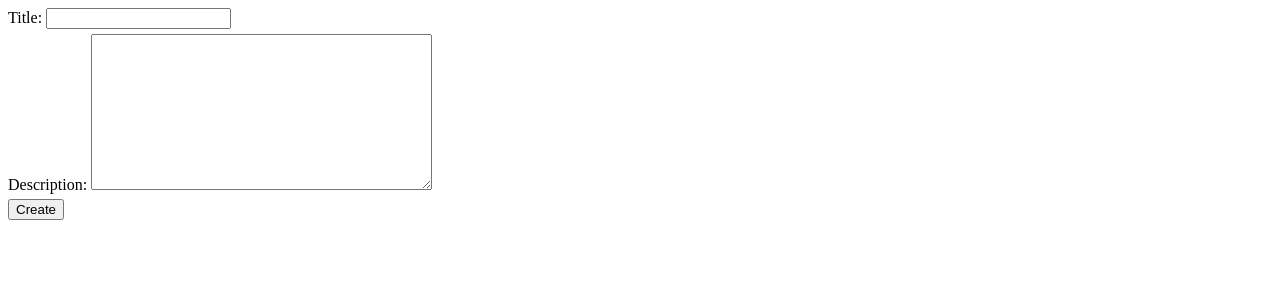
Repository: JasonMorta/Django-todo-crud-app
Page: http://localhost/create/
These files come from the project's save history. The page is drawn as it stood at one moment and after the next save; the edit follows.
The browser window is 1280 px wide. The pictures show the whole page.
The page is served by the project's application, run on Django 4.2 (manage.py). Other server files are loaded and not shown.

Above is the page before, as saved 2023-06-20 20:38:59.

### todo_list/todo_app/templates/todo_app/todo_create.html
<!DOCTYPE html>
<html lang="en">
<head>
  <meta charset="UTF-8">
  <meta http-equiv="X-UA-Compatible" content="IE=edge">
  <meta name="viewport" content="width=device-width, initial-scale=1.0">
  <title>Document</title>
</head>
<style>
  form {
    display: flex;
    flex-direction: column;
    align-items: flex-start;
    gap: 5px;
  }
</style>
<body>
  <form method="post">
    {% csrf_token %}

    {#  form.as_p will render a form with each field wrapped in a <p> tag. #}
    {#  form.as_div will render a form with each field wrapped in a <div> tag.  #}

    {{ form.as_div }}
    <button type="submit">Create</button>
  </form>

</body>
</html>

### todo_list/todo_app/forms.py
from django import forms
from .models import Todo

class TodoForm(forms.ModelForm):
    class Meta:
        model = Todo
        fields = ['title', 'description']

### todo_list/todo_app/models.py
from django.db import models

# Create your models here.
from django.db import models


class Todo(models.Model):
    title = models.CharField(max_length=200)
    description = models.TextField()
    created_at = models.DateTimeField(auto_now_add=True)

    def __str__(self):
        return self.title

### todo_list/todo_app/views.py
from django.shortcuts import render, redirect
from .models import Todo
from .forms import TodoForm


def todo_list(request):
    print('todo_list')
    todos = Todo.objects.all()
    return render(request, 'todo_app/todo_list.html', {'todos': todos})


def todo_create(request):
    print('todo_create')
    if request.method == 'POST':
        form = TodoForm(request.POST)
        if form.is_valid():
            form.save()
            print('redirect(todo_list)')
            return redirect('todo_list')
    else:
        form = TodoForm()
        print('render(request,"todo_app/todo_create.html"')
    return render(request, 'todo_app/todo_create.html', {'form': form})


def todo_update(request, pk):
    print('todo_update')
    todo = Todo.objects.get(pk=pk)
    if request.method == 'POST':
        form = TodoForm(request.POST, instance=todo)
        if form.is_valid():
            form.save()
            return redirect('todo_list')
    else:
        form = TodoForm(instance=todo)
    return render(request, 'todo_app/todo_update.html', {'form': form})


def todo_delete(request, pk):
    todo = Todo.objects.get(pk=pk)
    if request.method == 'POST':
        todo.delete()
        return redirect('todo_list')
    return render(request, 'todo_app/todo_delete.html', {'todo': todo})

### todo_list/todo_list/urls.py
"""
URL configuration for todo_list project.

The `urlpatterns` list routes URLs to views. For more information please see:
    https://docs.djangoproject.com/en/4.2/topics/http/urls/
Examples:
Function views
    1. Add an import:  from my_app import views
    2. Add a URL to urlpatterns:  path('', views.home, name='home')
Class-based views
    1. Add an import:  from other_app.views import Home
    2. Add a URL to urlpatterns:  path('', Home.as_view(), name='home')
Including another URLconf
    1. Import the include() function: from django.urls import include, path
    2. Add a URL to urlpatterns:  path('blog/', include('blog.urls'))
"""
from django.urls import path
from todo_app.views import todo_list, todo_create, todo_update, todo_delete

urlpatterns = [
    path('', todo_list, name='todo_list'),
    path('create/', todo_create, name='todo_create'),
    path('update/<int:pk>/', todo_update, name='todo_update'),
    path('delete/<int:pk>/', todo_delete, name='todo_delete'),
]

After the next save:
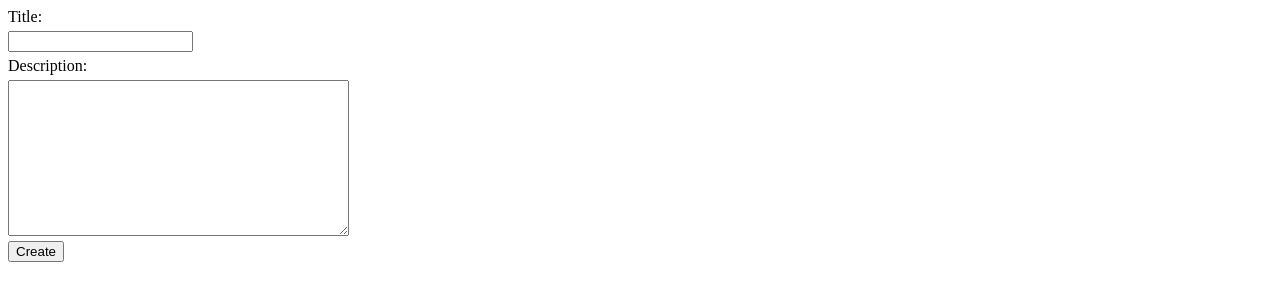
Saved 16 s later.
--- a/todo_list/todo_app/templates/todo_app/todo_create.html
+++ b/todo_list/todo_app/templates/todo_app/todo_create.html
@@ -21,7 +21,7 @@
     {#  form.as_p will render a form with each field wrapped in a <p> tag. #}
     {#  form.as_div will render a form with each field wrapped in a <div> tag.  #}
 
-    {{ form.as_div }}
+    {{ form }}
     <button type="submit">Create</button>
   </form>
 
